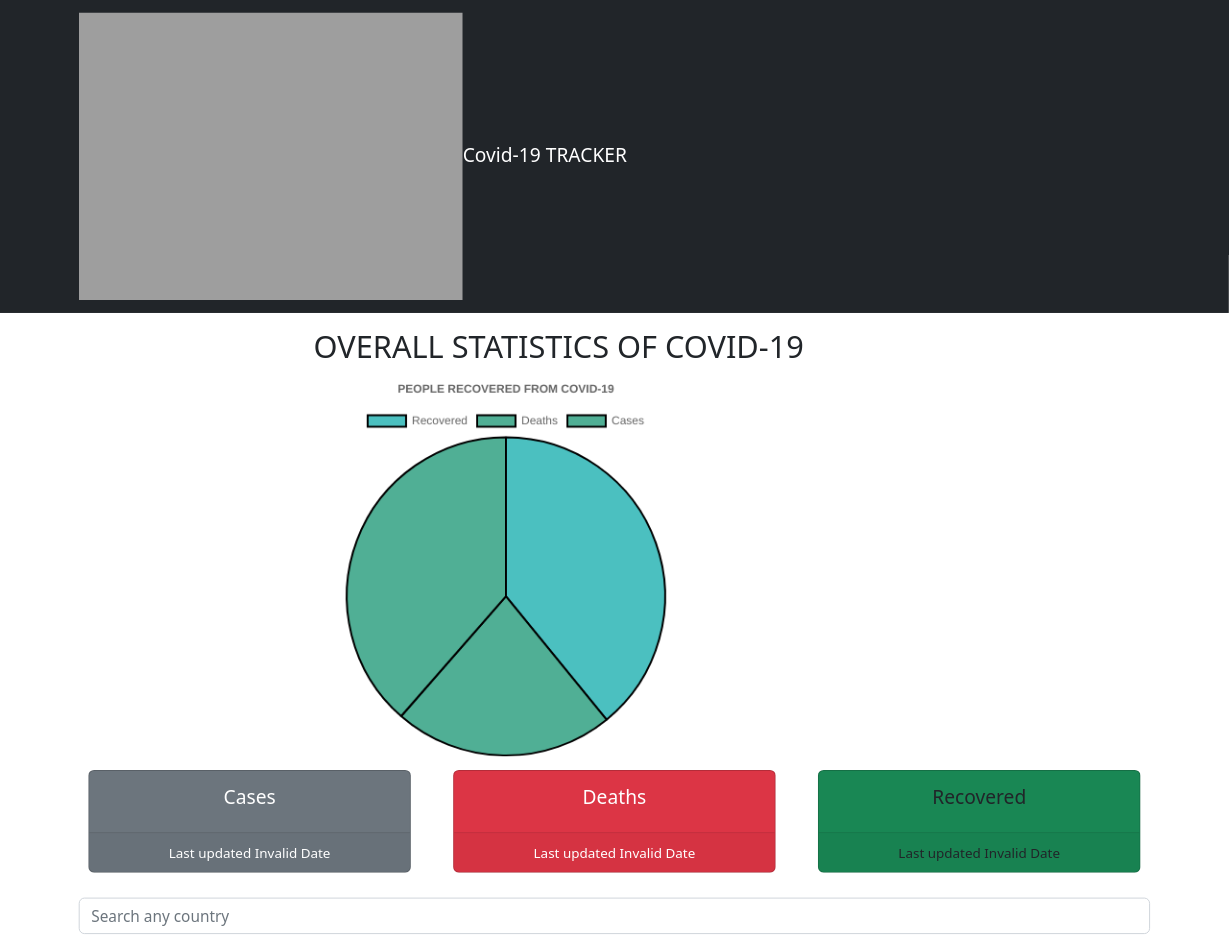
Repository: azizdeghais/CovidTracker
Page: /
These files come from the project's save history. The page is drawn as it stood at one moment and after the next save; the edit follows.
The browser window is 1280 px wide. The pictures show the whole page, at 96% of full size.
Pictures or frames that could not be fetched are drawn as grey boxes. The page's requests for data from a server got no answer. The project was rebuilt for these pictures with package versions that can differ from the ones it lists, and the page was loaded fresh each time. No one was signed in, and anything a server would have sent is missing. Also part of the build but not shown: vite.config.js.

Above is the page before, as saved 2023-03-10 17:38:26.

### index.html
<!DOCTYPE html>
<html lang="en">
  <head>
    <meta charset="UTF-8" />
    <link rel="icon" type="image/svg+xml" href="/vite.svg" />
    <meta name="viewport" content="width=device-width, initial-scale=1.0" />
    <title>Covid-19 Tracker</title>

  </head>
  <body>
    <div id="root"></div>
    <script type="module" src="/src/main.jsx"></script>
  </body>
</html>

### src/main.jsx
import React from 'react'
import ReactDOM from 'react-dom/client'
import App from './App'
import 'bootstrap/dist/css/bootstrap.min.css';


ReactDOM.createRoot(document.getElementById('root')).render(
  <React.StrictMode>
    <App />
  </React.StrictMode>,
)

### src/App.jsx
import React, { useEffect,useState } from 'react'

import Chart from "chart.js/auto";
import { CategoryScale } from "chart.js";
import PieChart from './components/PieChart';
import { Data } from './utils/Data';


import axios from 'axios'
import Container from 'react-bootstrap/Container';
import Row from 'react-bootstrap/Row';
import Col from 'react-bootstrap/Col';
import Card from 'react-bootstrap/Card';
import Stack from 'react-bootstrap/Stack';
import Form from 'react-bootstrap/Form';



import './App.css'
import Nav from './components/Nav';



Chart.register(CategoryScale);


function App() {

  const [chartData, setChartData] = useState({
    labels: Data.map((data) => data.year),
    datasets: [
      {
        label: "Users Gained ",
        data: Data.map((data) => data.userGain),
        backgroundColor: [
          "rgba(75,192,192,1)",
          "#50AF95",
          "#50AF95",
          "#f3ba2f",
          "#2a71d0"
        ],
        borderColor: "black",
        borderWidth: 2
      }
    ]
  })
  const [latest,setLatest]=useState([])
  const [results,setResults]=useState([])
  const [searchCountries,setSearchCountries]=useState('')


  useEffect(()=>{
    axios.all([
      axios.get('https://corona.lmao.ninja/v3/covid-19/all'),
      axios.get('https://corona.lmao.ninja/v3/covid-19/countries')
  ])

    .then(resArr=>{
           setLatest(resArr[0].data)
           setResults(resArr[1].data)
    })
    .catch(err=>{
      console.log(err)
    })
  },[])

  const date=new Date(parseInt(latest.updated));
  const lastUpdated=date.toString();

  const filterCountries=results.filter(item=>{
    return searchCountries !== ''
     ? item.country.includes(searchCountries)
     : item
   })

   const countries = filterCountries.map((data,i)=>{
    return (
      <Card
      key={i}
      bg='light'
      text='dark'
      className='text-center'
      style={{margin:'10px'}}
      >
        <Card.Img variant='top' src={data.countryInfo.flag} />
      <Card.Body>
        <Card.Title>{data.country}</Card.Title>
        <Card.Text>Cases: {data.cases}</Card.Text>
        <Card.Text>Deaths: {data.deaths}</Card.Text>
        <Card.Text>Recovered: {data.recovered}</Card.Text>
        <Card.Text>Today's cases: {data.todayCases}</Card.Text>
        <Card.Text>Today's deaths: {data.todayDeaths}</Card.Text>
        <Card.Text>Active {data.active}</Card.Text>


      </Card.Body>

      </Card>

    )
   })




  return (
    <>
    <Nav/>
    <Container>
    <div  style={{width:'1000px',height:'400px',marginBottom:'50px',display:'flex',flexDirection:'row',justifyContent:'center'}}>
        <PieChart chartData={chartData}/>
    </div>

      <Row className='mb-3'>
        <Col>
          <Card className='text-center' bg='secondary' text='white' style={{margin:'10px'}} >
            <Card.Body>
              <Card.Title>Cases</Card.Title>
              <Card.Text>
                {latest.cases}
              </Card.Text>
            </Card.Body>
            <Card.Footer>
              <small>Last updated {lastUpdated}</small>
            </Card.Footer>
          </Card>
        </Col>
        <Col>
          <Card className='text-center' bg='danger' text='white' style={{margin:'10px'}}>
            <Card.Body>
              <Card.Title>Deaths</Card.Title>
              <Card.Text>
                {latest.deaths}
              </Card.Text>
            </Card.Body>
            <Card.Footer>
            <small>Last updated {lastUpdated}</small>

            </Card.Footer>
          </Card>
        </Col>
        <Col>
          <Card className='text-center' bg='success' style={{margin:'10px'}} >
            <Card.Body>
              <Card.Title>Recovered</Card.Title>
              <Card.Text>
               {latest.recovered}
              </Card.Text>
            </Card.Body>
            <Card.Footer>
            <small>Last updated {lastUpdated}</small>

            </Card.Footer>
          </Card>
        </Col>
      </Row>
      <Form className='mb-3'>
      <Form.Group >
        <Form.Control
         type='text'
         placeholder='Search any country'
         onChange={e=> setSearchCountries(e.target.value)} />
      </Form.Group>
      </Form>
      <div className='countries-list'>
      {countries}
      </div>


    </Container>
    </>
  )
}

export default App

### src/components/PieChart.jsx
import React from "react";
import { Pie } from "react-chartjs-2";

function PieChart({ chartData }) {
  return (
    <div className="chart-container">
      <h2 style={{ textAlign: "center" }}>OVERALL STATISTICS OF COVID-19 </h2>
      <Pie
        data={chartData}
        options={{
          plugins: {
            title: {
              display: true,
              text: "PEOPLE RECOVERED FROM COVID-19"
            }
          }
        }}
       width={600}
       height={100}
      />
    </div>
  );
}
export default PieChart;

### src/utils/Data.js
export const Data = [
    {
      id: 1,
      year: 'Recovered',
      userGain: 80000,
      userLost: 823
    },
    {
      id: 2,
      year: 'Deaths',
      userGain: 45677,
      userLost: 345
    },
    {
      id: 3,
      year: 'Cases',
      userGain: 78888,
      userLost: 555
    },

  ];

### src/App.css
.countries-list{
    display:flex;
    flex-direction:row;
    width: '1000px';
    flex-wrap: wrap;
    justify-content: space-between;
}

### src/components/Nav.jsx
import React from 'react'
import Container from 'react-bootstrap/Container';
import Navbar from 'react-bootstrap/Navbar';

const Nav = () => {
  return (
    <>

    <Navbar bg="dark" variant="dark" className='mb-3'>
      <Container>
        <Navbar.Brand href="#home">
        <img src="https://img.icons8.com/color/48/null/coronavirus--v1.png"/>
          Covid-19 TRACKER
        </Navbar.Brand>
      </Container>
    </Navbar>
  </>
  )
}

export default Nav

After the next save:
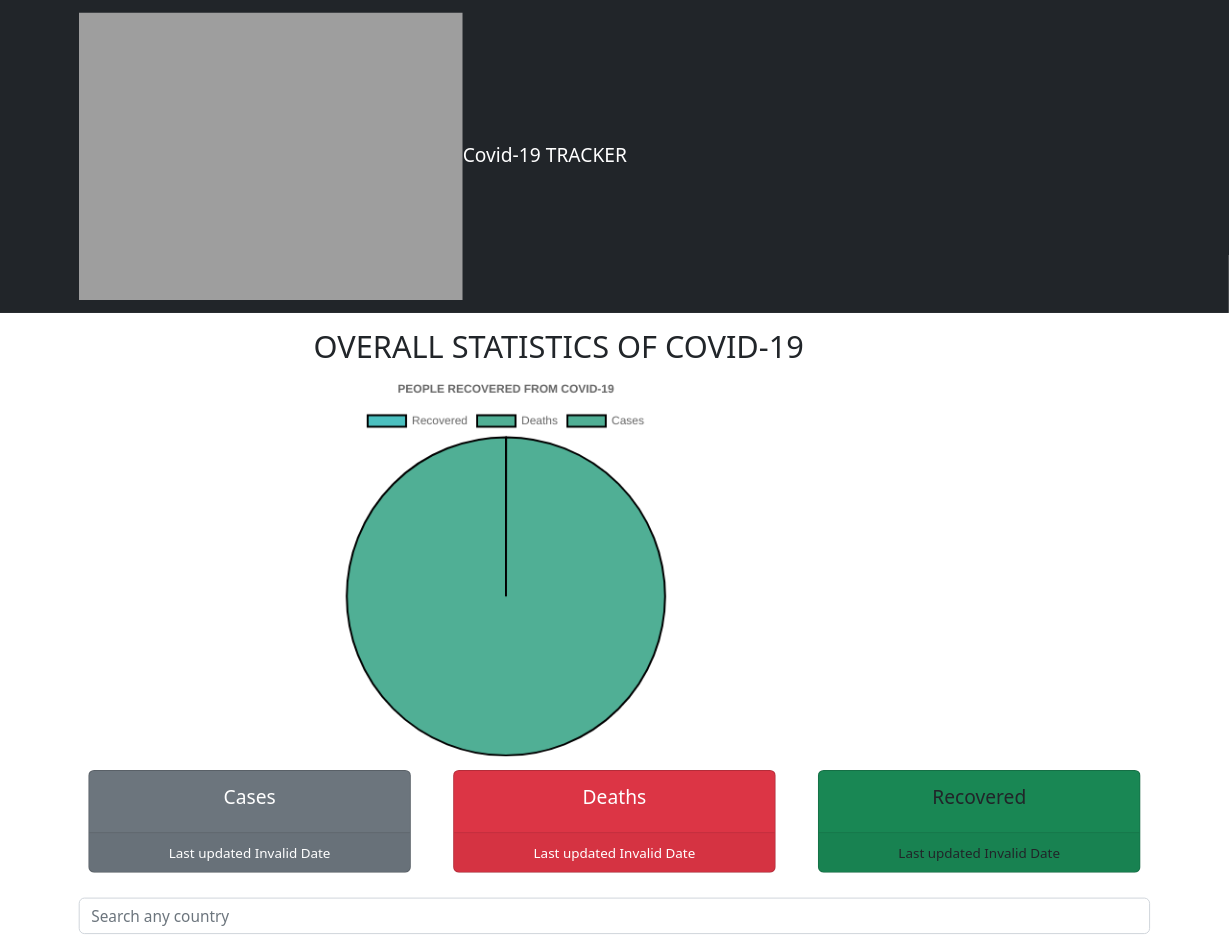
Saved 49 s later.
--- a/src/utils/Data.js
+++ b/src/utils/Data.js
@@ -3,19 +3,16 @@ export const Data = [
       id: 1,
       year: 'Recovered',
       userGain: 80000,
-      userLost: 823
     },
     {
       id: 2,
       year: 'Deaths',
       userGain: 45677,
-      userLost: 345
     },
     {
       id: 3,
       year: 'Cases',
-      userGain: 78888,
-      userLost: 555
+      userGain: 759408703,
     },
 
   ];
